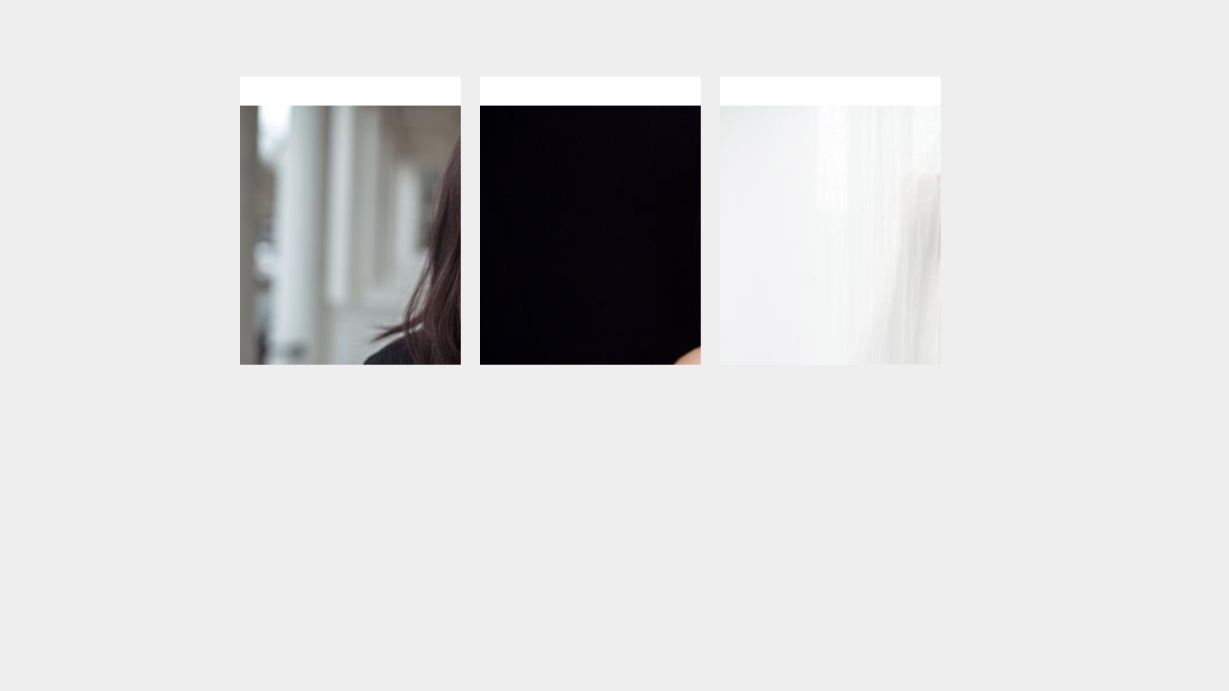
Repository: Germtao/Web
Page: web_css/css3_动画.html
These files come from the project's save history. The page is drawn as it stood at one moment and after the next save; the edit follows.
The browser window is 1280 px wide. The pictures show the whole page, at 96% of full size.

Above is the page before, as saved 2020-11-03 10:08:54.

### web_css/css3_动画.html
<!DOCTYPE html>
<html lang="en">

<head>
  <meta charset="UTF-8">
  <meta name="viewport" content="width=device-width, initial-scale=1.0">
  <title>CSS3-动画</title>

  <!-- <style>
    .box {
      width: 200px;
      height: 200px;
      background-color: green;
      margin: 100px auto;

      /* 只让宽度在变化时进行过渡 */
      /* transition: width 2s linear 0s; */

      /* 宽度、背景色在变化时，进行过渡 */
      transition: all 2s linear 0s;
    }

    .box:hover {
      width: 500px;
      background-color: orange;
    }
  </style> -->

  <style>
    body {
      margin: 0;
      padding: 0;
      background-color: #eeeeee;
    }

    .content {
      width: 800px;
      height: 320px;
      padding-left: 20px;
      margin: 80px auto;
    }

    .item {
      width: 230px;
      height: 300px;
      text-align: center;
      margin-right: 20px;
      background-color: #FFF;
      float: left;
      position: relative;
      top: 0;
      /* 让溢出的内容隐藏起来。意思是让下方的橙色方形先躲起来 */
      overflow: hidden;
      /* 从最初到鼠标悬停时的过渡 */
      transition: all .5s;
    }

    .item img {
      margin-top: 30px;
    }

    .item .desc {
      position: absolute;
      left: 0;
      bottom: -80px;
      width: 100%;
      height: 80px;
      background-color: #ff6700;
      transition: all .5s;
    }

    /* 鼠标悬停时，让 item 整体往上移动5px，且加一点阴影 */
    .item:hover {
      top: -5px;
      box-shadow: 0 0 15px #AAA;
    }

    /* 鼠标悬停时，让下方的橙色方形现身 */
    .item:hover .desc {
      bottom: 0;
    }
  </style>
</head>

<body>
  <!-- <div class="box"></div> -->

  <!-- 小米商城 -->
  <div class="content">
    <div class="item">
      <img src="img/倪妮.jpg" alt="">
    </div>

    <div class="item">
      <img src="img/宋轶.jpeg" alt="">
      <span class="desc"></span>
    </div>

    <div class="item">
      <img src="img/李沁.jpg" alt="">
      <span class="desc"></span>
    </div>
  </div>
</body>

</html>

After the next save:
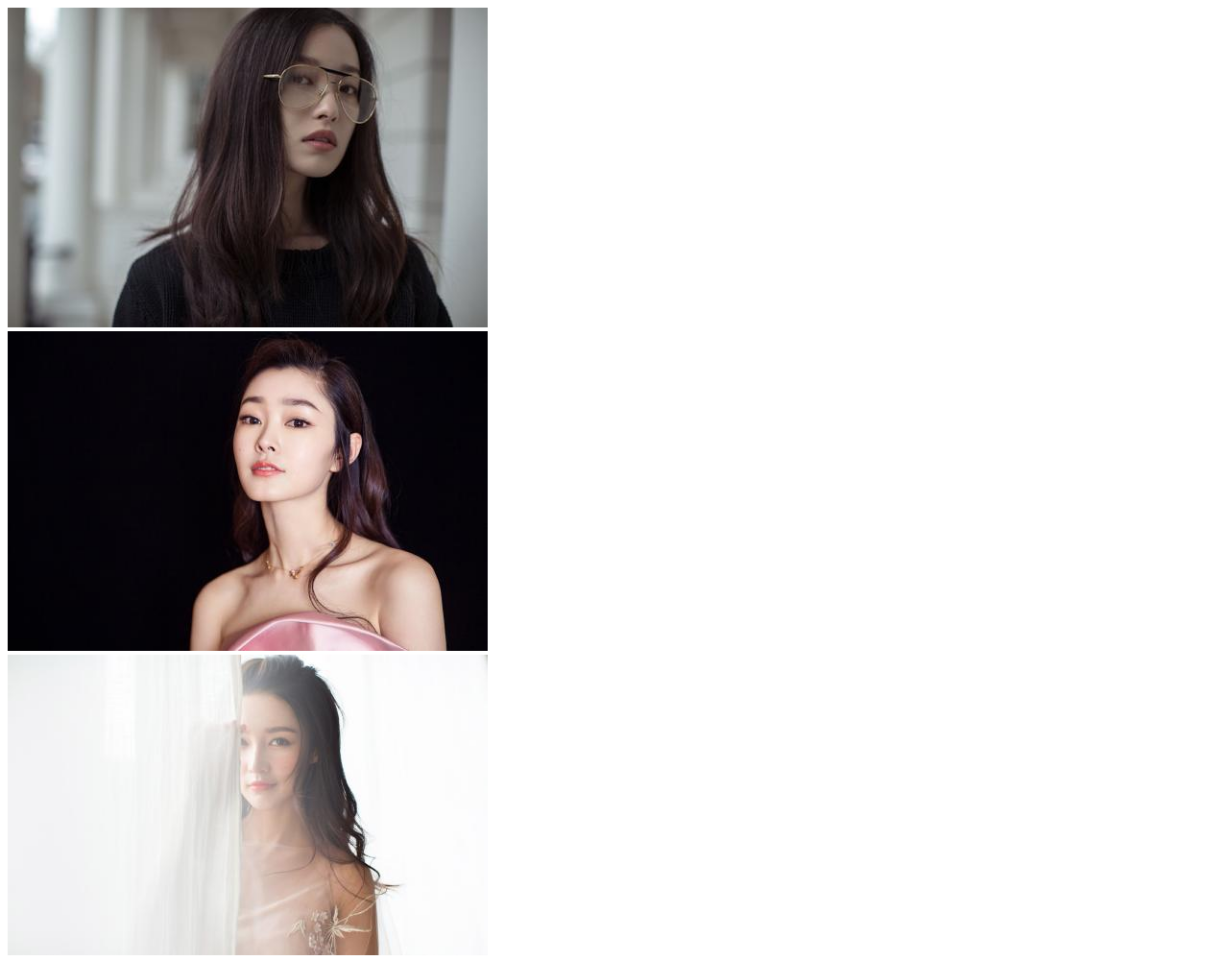
Saved 8 min 5 s later.
--- a/web_css/css3_动画.html
+++ b/web_css/css3_动画.html
@@ -26,7 +26,8 @@
     }
   </style> -->
 
-  <style>
+  <!-- 过渡动画 -->
+  <!-- <style>
     body {
       margin: 0;
       padding: 0;
@@ -79,7 +80,7 @@
     .item:hover .desc {
       bottom: 0;
     }
-  </style>
+  </style> -->
 </head>
 
 <body>
